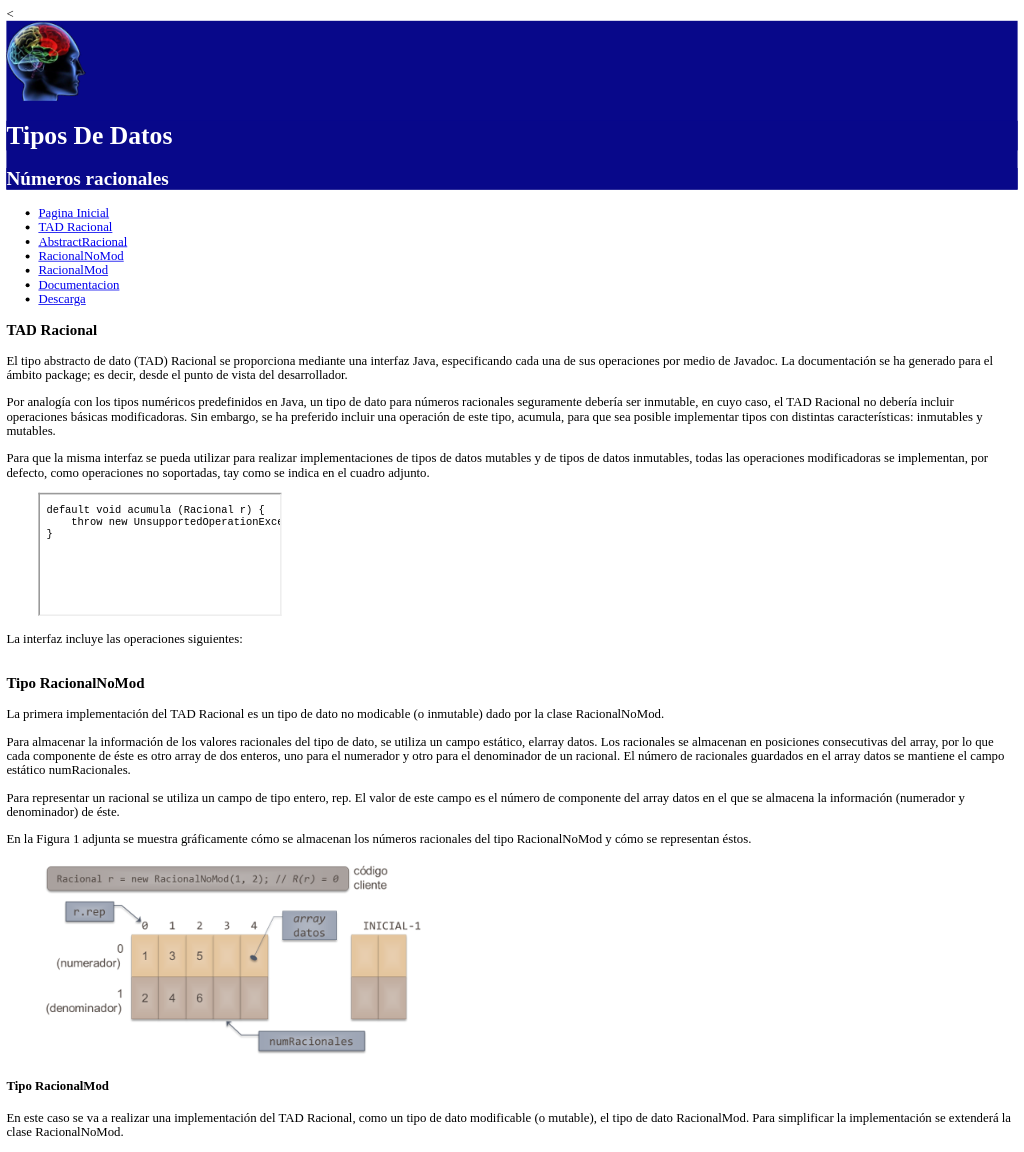
Repository: dgsama/Curso17
Page: SEW/WorkSpace/Practica02/html/index.html
An editor plug-in stored every save of this project. The page is shown before and after the next save, followed by the edit.
The browser window is 1280 px wide. The pictures show the whole page, at 80% of full size.

Above is the page before, as saved 2016-10-05 10:38:29.

After the next save:
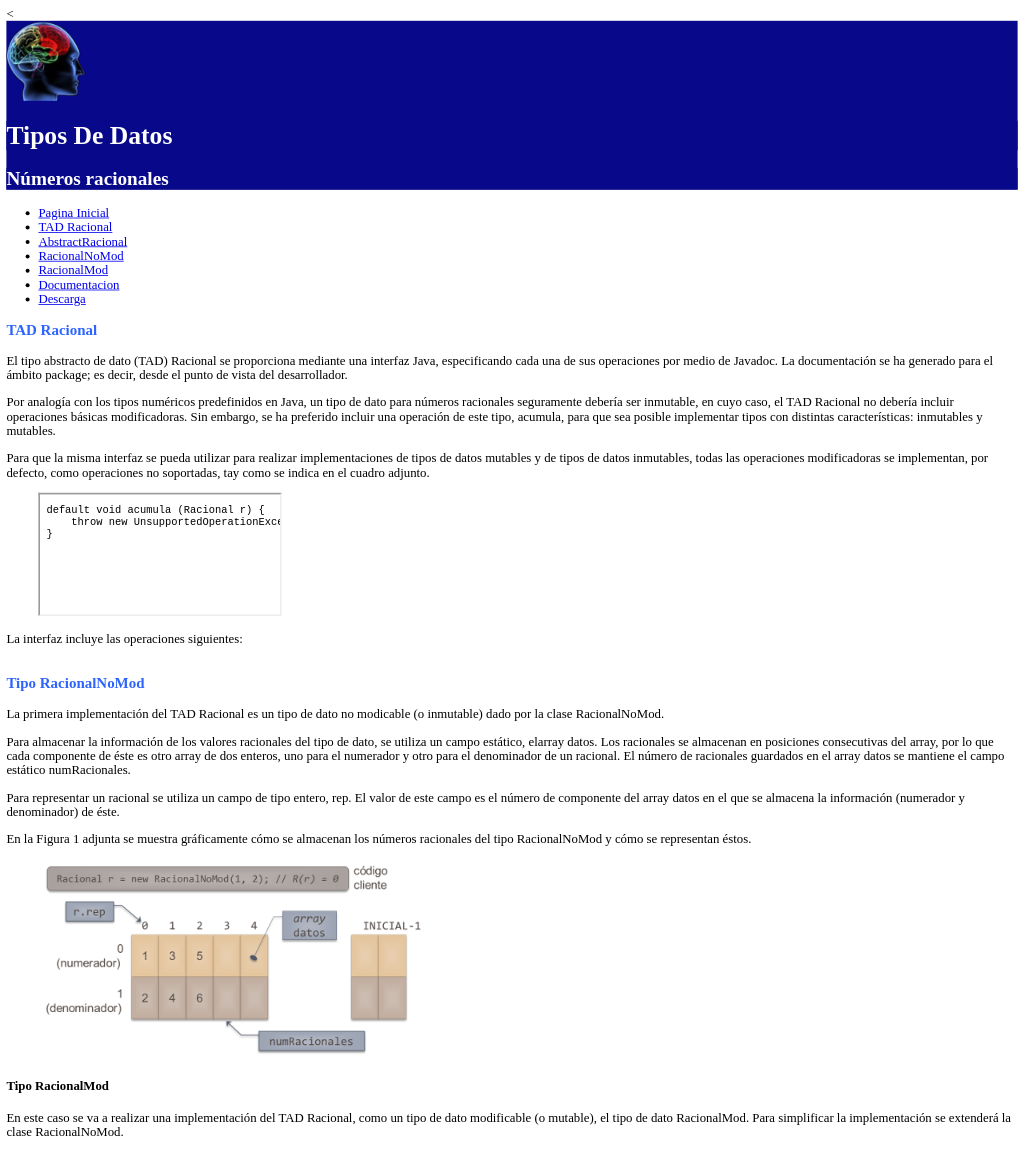
Saved 74 s later.
--- a/SEW/WorkSpace/Practica02/html/css/estDatos.css
+++ b/SEW/WorkSpace/Practica02/html/css/estDatos.css
@@ -16,5 +16,9 @@ h1 {
 
 h2 {
     color: white;
-    background-color: #08088A
+    background-color: #08088A;
 }
+
+h3 {
+    color: #2E64FE;
+}
